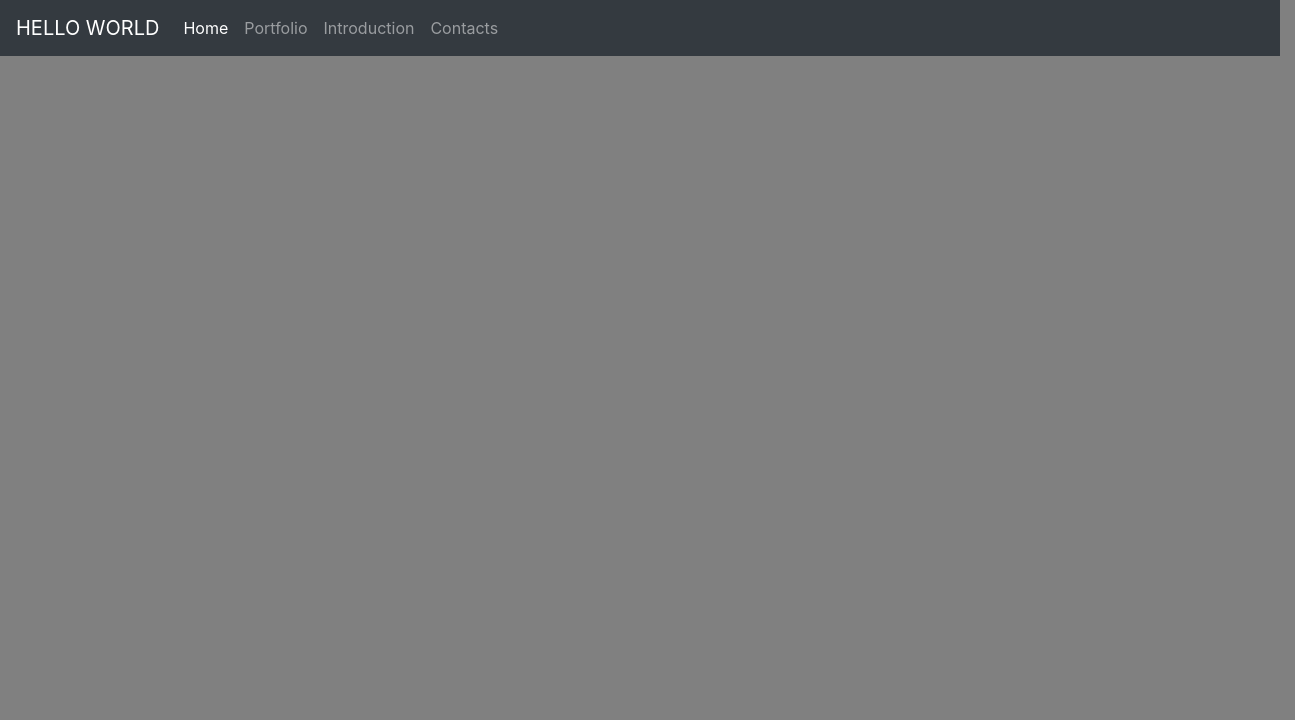
Repository: Code-Institute-Submissions/Zaidcoll-Project1
Page: index.html
The author's editor kept a record of every edit. The page is drawn from the files as they stood at one moment, then again after the next edit.
The browser window is 1280 px wide. The page is 1280 px wide, then 1295 px, so the pictures cover 1295 px, including what lies to the right of the window. The pictures show the whole page.

Above is the page before.

### index.html
<!doctype html>
<html lang="en">
  <head>
    <meta charset="utf-8">
    <meta name="viewport" content="width=device-width, initial-scale=1, shrink-to-fit=no">
    <link rel="stylesheet" href="https://stackpath.bootstrapcdn.com/bootstrap/4.3.1/css/bootstrap.min.css" integrity="sha384-ggOyR0iXCbMQv3Xipma34MD+dH/1fQ784/j6cY/iJTQUOhcWr7x9JvoRxT2MZw1T" crossorigin="anonymous">
    <link rel="stylesheet" href='style.css'>
    <title>Resume</title>
  </head>
  <body>
    <nav class="navbar navbar-expand-lg navbar-dark bg-dark">
		<a class="navbar-brand" href="#">HELLO WORLD</a>
      <button class="navbar-toggler" type="button" data-toggle="collapse" data-target="#navbarSupportedContent" aria-controls="navbarSupportedContent" aria-expanded="false" aria-label="Toggle navigation">
        <span class="navbar-toggler-icon"></span>
      </button>

    <div class="collapse navbar-collapse" id="navbarSupportedContent">
      <ul class="navbar-nav mr-auto">
        <li class="nav-item active">
          <a class="nav-link" href="#">Home <span class="sr-only">(current)</span></a>
          <li> <a class="nav-link" href="#">Portfolio</a></li>
          <li>  <a class="nav-link" href="#">Introduction</a></li>
          <li>  <a class="nav-link" href="#">Contacts</a></li>
        </li>
      </ul>
    </div>
  </nav>



    <script src="https://code.jquery.com/jquery-3.3.1.slim.min.js" integrity="sha384-q8i/X+965DzO0rT7abK41JStQIAqVgRVzpbzo5smXKp4YfRvH+8abtTE1Pi6jizo" crossorigin="anonymous"></script>
    <script src="https://cdnjs.cloudflare.com/ajax/libs/popper.js/1.14.7/umd/popper.min.js" integrity="sha384-UO2eT0CpHqdSJQ6hJty5KVphtPhzWj9WO1clHTMGa3JDZwrnQq4sF86dIHNDz0W1" crossorigin="anonymous"></script>
    <script src="https://stackpath.bootstrapcdn.com/bootstrap/4.3.1/js/bootstrap.min.js" integrity="sha384-JjSmVgyd0p3pXB1rRibZUAYoIIy6OrQ6VrjIEaFf/nJGzIxFDsf4x0xIM+B07jRM" crossorigin="anonymous"></script>
  </body>
</html>

### style.css
body{
    background-color:grey;
}
.hero{
  color:rgb(255, 255, 255);
  background-image:url(Images/hero-image.jpg);
  height:100vh;
  background-size:cover;
  padding-bottom:10vh;
}

After the next edit:
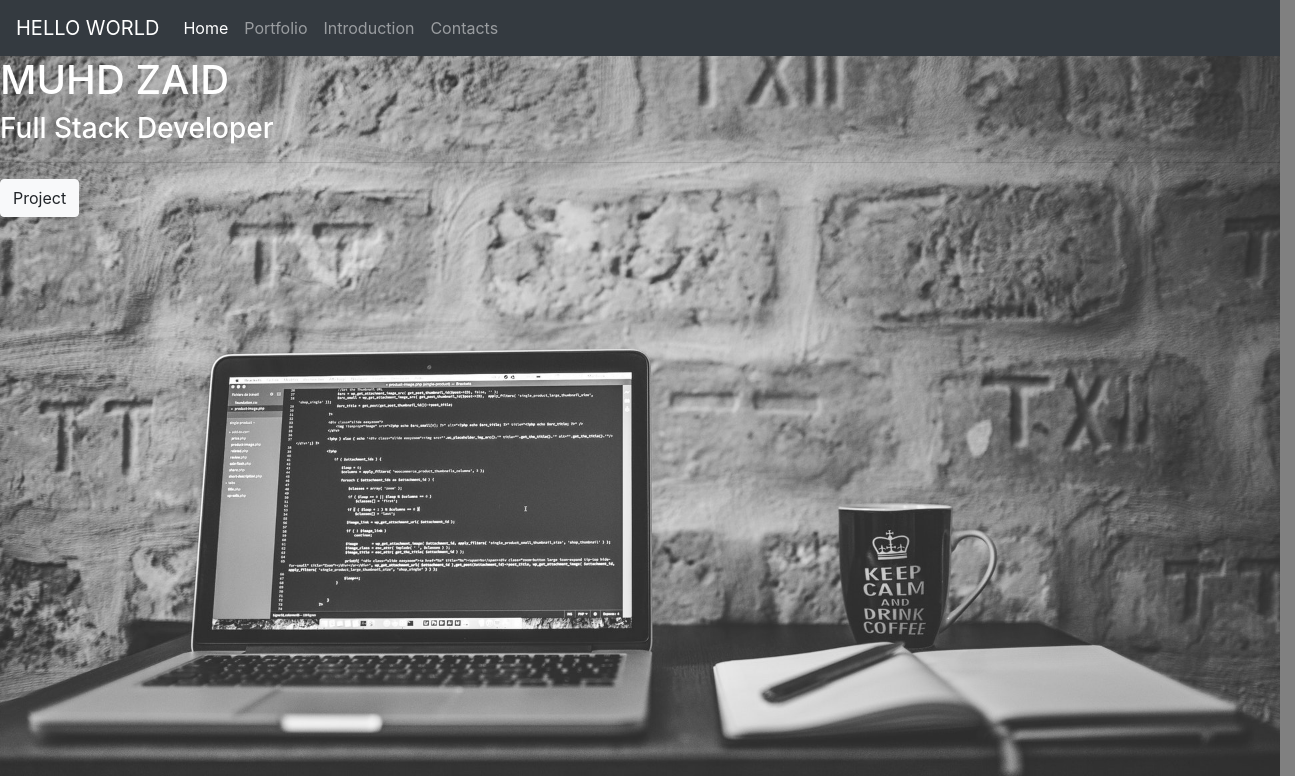
The edit:
--- a/index.html
+++ b/index.html
@@ -26,6 +26,20 @@
     </div>
   </nav>
 
+  <div class ='container-fullwidth'>
+  <a name = 'home'>
+    <div class = 'hero'>
+      <div class = hero-text >
+        <div class = 'row'>
+          <div class = 'col-12'>
+            <h1>MUHD ZAID </h1>
+            <h3>Full Stack Developer</h3>
+            <hr id = 'hr-1'>
+            <a href="#portfolio" class="btn btn-light">Project</a>
+          </div>
+        </div>
+    </div>
+  </div>
 
 
     <script src="https://code.jquery.com/jquery-3.3.1.slim.min.js" integrity="sha384-q8i/X+965DzO0rT7abK41JStQIAqVgRVzpbzo5smXKp4YfRvH+8abtTE1Pi6jizo" crossorigin="anonymous"></script>
